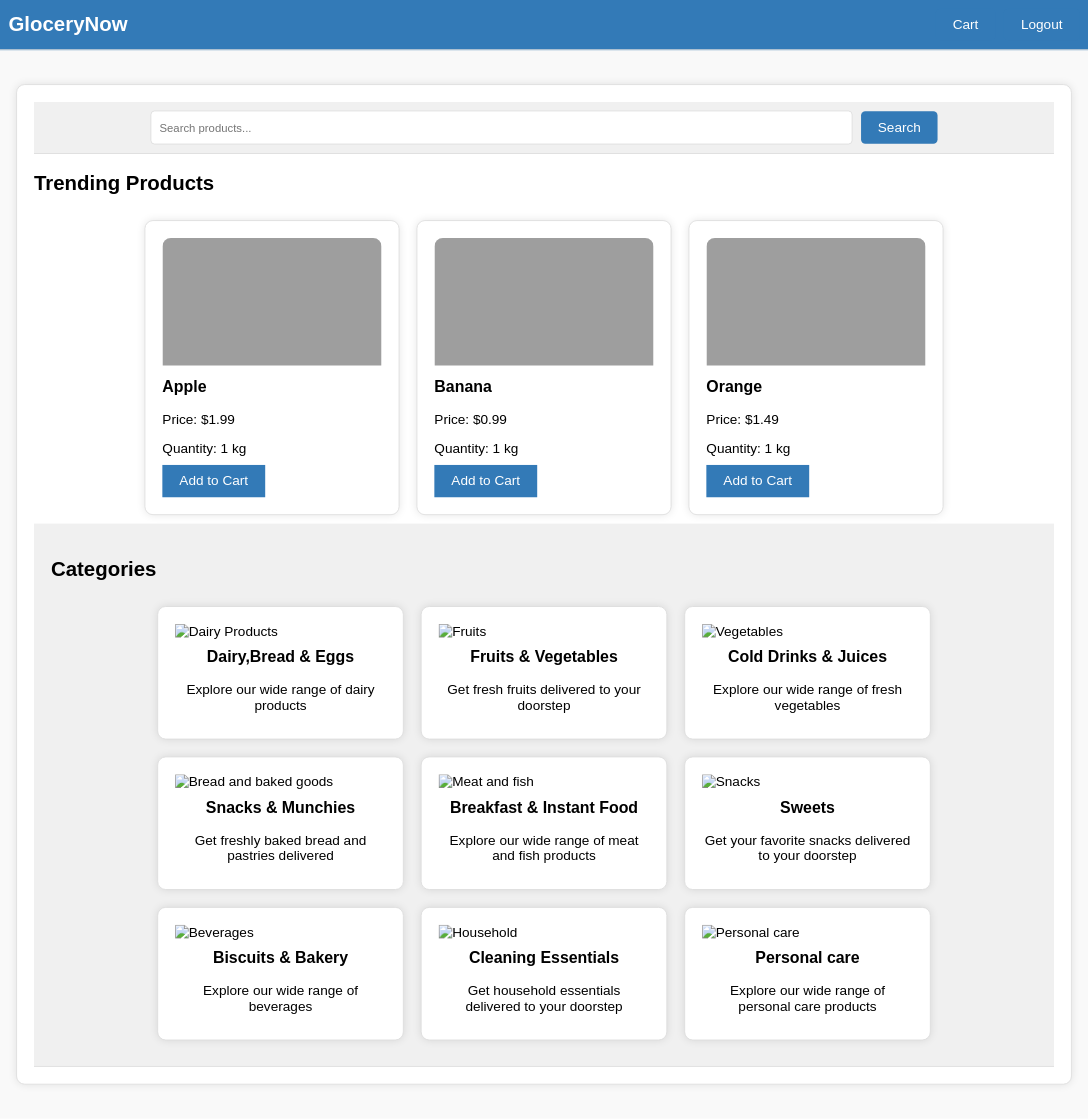
Repository: shamchiwade/GroceryNow
Page: http://localhost/ShopManagement/home.jsp
An editor plug-in stored every save of this project. The page is shown before and after the next save, followed by the edit.
The browser window is 1280 px wide. The pictures show the whole page, at 85% of full size.
Pictures or frames that could not be fetched are drawn as grey boxes. The page is served by Tomcat 10. Nobody is signed in. The application's start-up code is not run.

Above is the page before, as saved 2024-10-11 12:33:23.

After the next save:
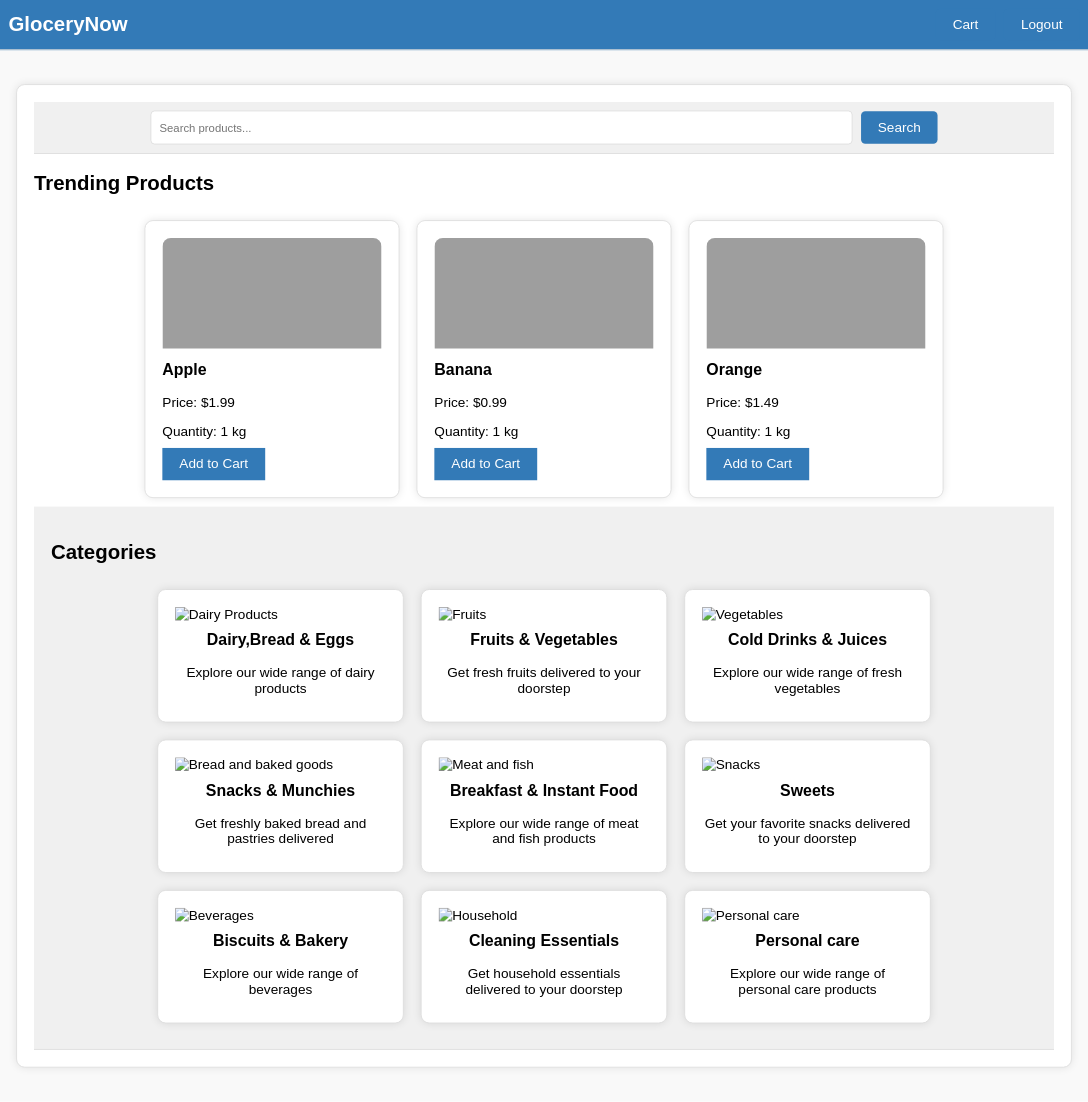
Saved 64 s later.
--- a/ShopManagement/src/main/webapp/home.jsp
+++ b/ShopManagement/src/main/webapp/home.jsp
@@ -173,7 +173,7 @@ body {
 
 .trending-products .card img {
 	width: 100%;
-	height: 150px;
+	height: 130px;
 	object-fit: cover;
 	border-radius: 10px 10px 0 0;
 }
